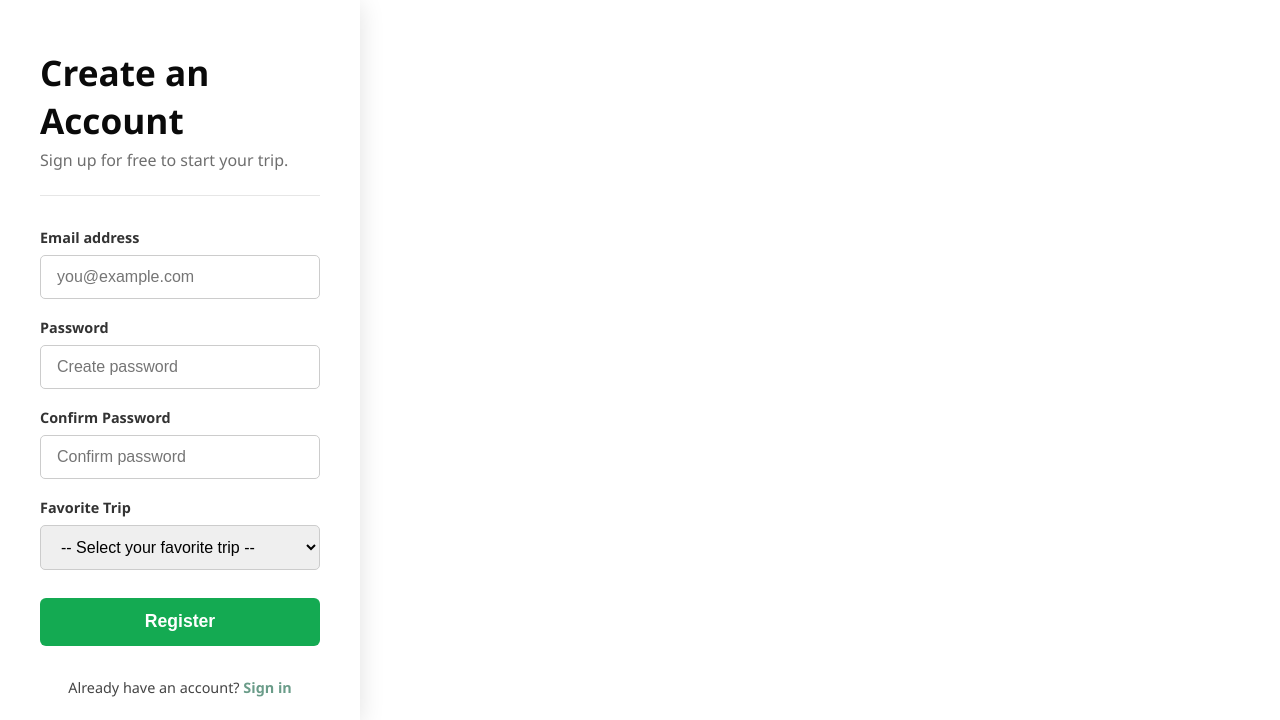
Repository: Nuttawut-Amattong/outtrip
Page: /register (app in OutTrip/)
An editor plug-in stored every save of this project. The page is shown before and after the next save, followed by the edit.
The browser window is 1280 px wide. The pictures show the whole page.
The project was rebuilt for these pictures with package versions that can differ from the ones it lists, and the page was loaded fresh each time. Also part of the build but not shown: OutTrip/vite.config.js, OutTrip/src/component/login.module.css, OutTrip/src/component/Login.jsx, OutTrip/src/component/forgetpass.module.css, OutTrip/src/component/Forgetpass.jsx.

Above is the page before, as saved 2025-05-19 02:00:53.

### OutTrip/src/main.jsx
import { StrictMode } from 'react';
import { createRoot } from 'react-dom/client';
import { BrowserRouter, Routes, Route } from 'react-router-dom';
import Login from './component/Login.jsx';
import Register from './component/Register.jsx';
import Forgetpass from './component/Forgetpass.jsx';

createRoot(document.getElementById('root')).render(
  <StrictMode>
    <BrowserRouter>
      <Routes>
        <Route path="/" element={<Login />} />
        <Route path="/register" element={<Register />} />
        <Route path="/forgot-password" element={<Forgetpass />} />
      </Routes>
    </BrowserRouter>
  </StrictMode>
);

### OutTrip/src/component/Register.jsx
import { useState } from "react";
import styles from "./register.module.css";

function Register() {
  const [email, setEmail] = useState("");
  const [password, setPassword] = useState("");
  const [confirmPassword, setConfirmPassword] = useState("");
  const [favoriteTrip, setFavoriteTrip] = useState(""); // เพิ่ม state ใหม่
  const [error, setError] = useState("");

  const handleSubmit = (e) => {
    e.preventDefault();
    if (password !== confirmPassword) {
      setError("Passwords do not match");
      return;
    }
    setError("");
    // ทำงานเพิ่ม เช่น เรียก API สมัครสมาชิก พร้อมข้อมูล trip
    console.log("Register:", { email, password, favoriteTrip });
  };

  return (
    <div className={styles.registerContainer}>
      <header className={styles.registerHeader}>
        <h1>Create an Account</h1>
        <p>Sign up for free to start your trip.</p>
      </header>

      <form className={styles.registerForm} onSubmit={handleSubmit}>
        <label htmlFor="email" className={styles.label}>Email address</label>
        <input
          id="email"
          type="email"
          placeholder="you@example.com"
          required
          value={email}
          onChange={(e) => setEmail(e.target.value)}
          className={styles.input}
        />

        <label htmlFor="password" className={styles.label}>Password</label>
        <input
          id="password"
          type="password"
          placeholder="Create password"
          required
          value={password}
          onChange={(e) => setPassword(e.target.value)}
          className={styles.input}
        />

        <label htmlFor="confirmPassword" className={styles.label}>Confirm Password</label>
        <input
          id="confirmPassword"
          type="password"
          placeholder="Confirm password"
          required
          value={confirmPassword}
          onChange={(e) => setConfirmPassword(e.target.value)}
          className={styles.input}
        />

        <label htmlFor="favoriteTrip" className={styles.label}>Favorite Trip</label>
        <select
          id="favoriteTrip"
          value={favoriteTrip}
          onChange={(e) => setFavoriteTrip(e.target.value)}
          required
          className={styles.input}
        >
          <option value="" disabled>-- Select your favorite trip --</option>
          <option value="Beach">Beach</option>
          <option value="Mountain">Mountain</option>
          <option value="City">City</option>
          <option value="Adventure">Adventure</option>
        </select>

        {error && <div className={styles.error}>{error}</div>}

        <button type="submit" className={styles.button}>Register</button>

        <div className={styles.signInLink}>
          Already have an account? <a href="/">Sign in</a>
        </div>
      </form>
    </div>
  );
}

export default Register;

### OutTrip/src/component/register.module.css
.registerContainer {
  background-color: #fff;
  width: 360px;
  height: 100vh;
  box-shadow: 0 4px 24px rgba(0, 0, 0, 0.12);
  box-sizing: border-box;
  padding: 3rem 2.5rem;
  display: flex;
  flex-direction: column;
  position: fixed;
  left: 0;
  top: 0;
  font-family: "Segoe UI", Tahoma, Geneva, Verdana, sans-serif;
}

.registerHeader {
  margin-bottom: 2rem;
  text-align: left;
  border-bottom: 1px solid #e6e6e6;
  padding-bottom: 1.5rem;
}

.registerHeader h1 {
  font-size: 2.2rem;
  font-weight: 700;
  color: #0a0a0a;
  margin: 0 0 0.3rem 0;
}

.registerHeader p {
  font-size: 1rem;
  color: #6e6e6e;
  margin: 0;
}

.registerForm {
  flex-grow: 1;
  display: flex;
  flex-direction: column;
}

.label {
  font-size: 0.9rem;
  color: #333;
  margin-bottom: 0.5rem;
  font-weight: 600;
}

.input {
  padding: 0.75rem 1rem;
  margin-bottom: 1.2rem;
  border: 1.5px solid #ccc;
  border-radius: 5px;
  font-size: 1rem;
  outline-offset: 2px;
  transition: border-color 0.3s ease;
}

.input:focus {
  border-color: #14aa52; /* สีเขียว MongoDB */
  outline: none;
}

.button {
  background-color: #14aa52;
  color: white;
  border: none;
  padding: 0.85rem 1rem;
  border-radius: 6px;
  font-size: 1.1rem;
  font-weight: 700;
  cursor: pointer;
  transition: background-color 0.25s ease;
  margin-top: 0.5rem;
}

.button:hover {
  background-color: #0e7f3f;
}

.signInLink {
  margin-top: 2rem;
  font-size: 0.9rem;
  color: #444;
  text-align: center;
}

.signInLink a {
  color: #6A9C89;
  font-weight: 600;
  text-decoration: none;
  cursor: pointer;
}

.signInLink a:hover {
  text-decoration: underline;
}

.error {
  font-size: 0.85rem;
  color: red;
  margin-bottom: 1rem;
  text-align: left;
}

Loaded but not shown: OutTrip/index.html (common file)

After the next save:
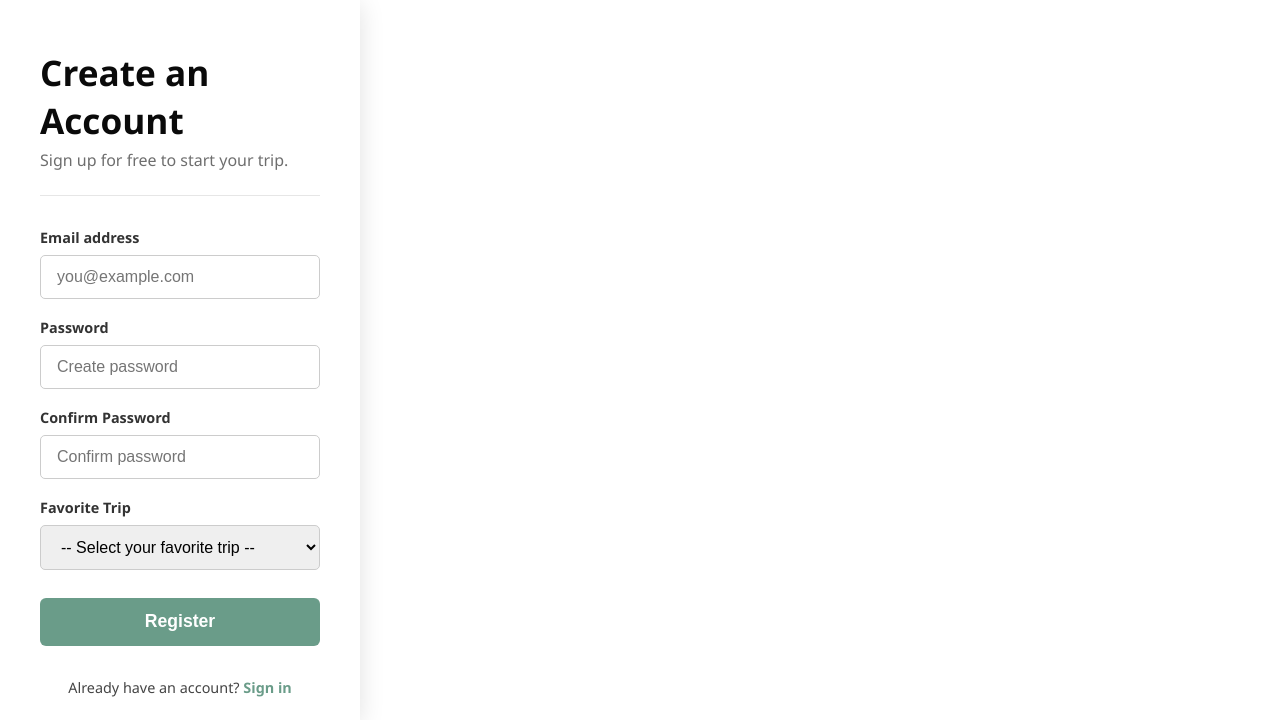
Saved 10 s later.
--- a/OutTrip/src/component/register.module.css
+++ b/OutTrip/src/component/register.module.css
@@ -62,7 +62,7 @@
 }
 
 .button {
-  background-color: #14aa52;
+  background-color: #6A9C89;
   color: white;
   border: none;
   padding: 0.85rem 1rem;
